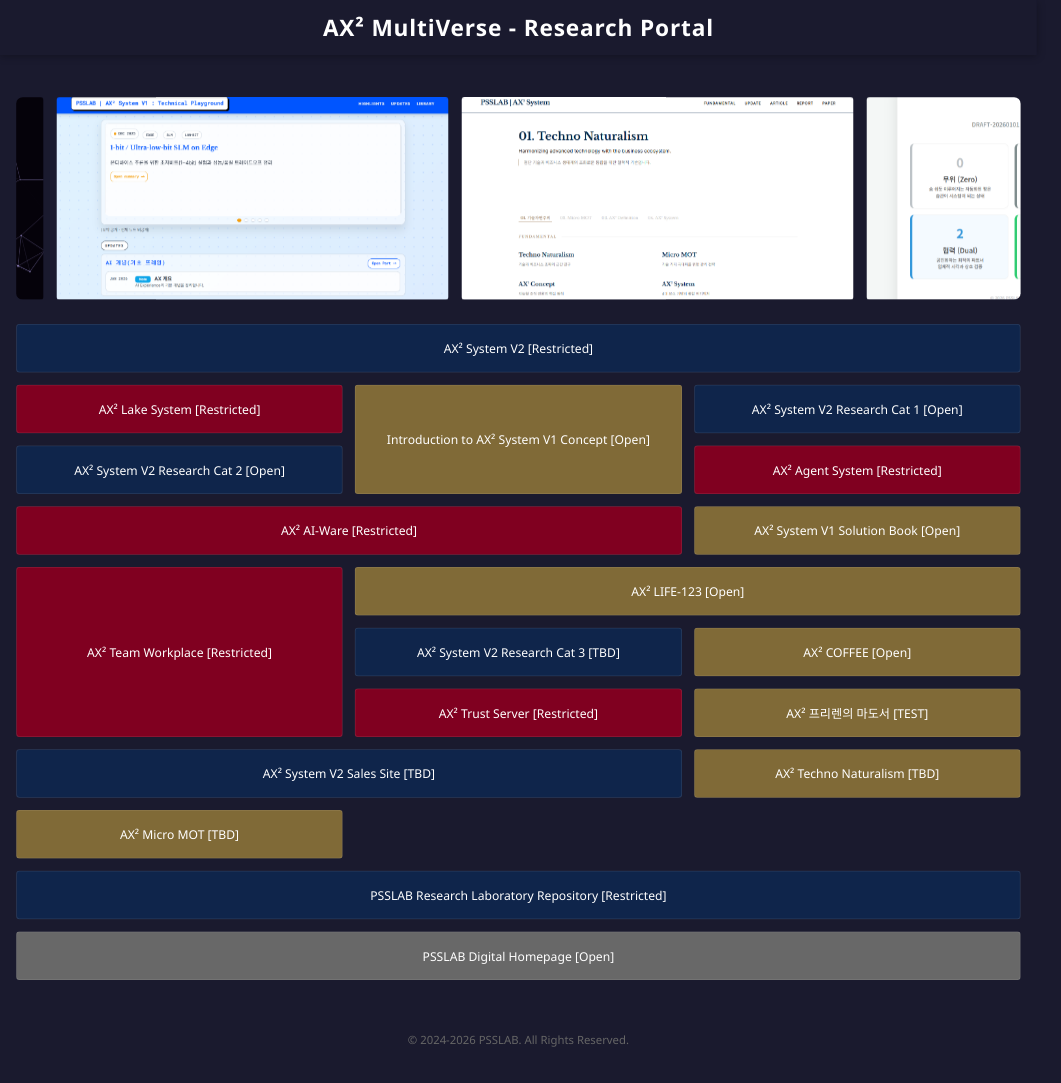
Repository: hycse89/PSSLAB_OpenSite
Page: psslab_multiverse_v3.html
The author's editor kept a copy of each file at every save. The page is drawn from the files as they stood at one save, then again after a run of saves.
The browser window is 1280 px wide. The page is 1310 px wide, so the pictures cover 1310 px, including what lies to the right of the window. The pictures show the whole page, at 81% of full size.

Above is the page before, as saved 2026-01-11 21:34:31.

After the next 2 saves:
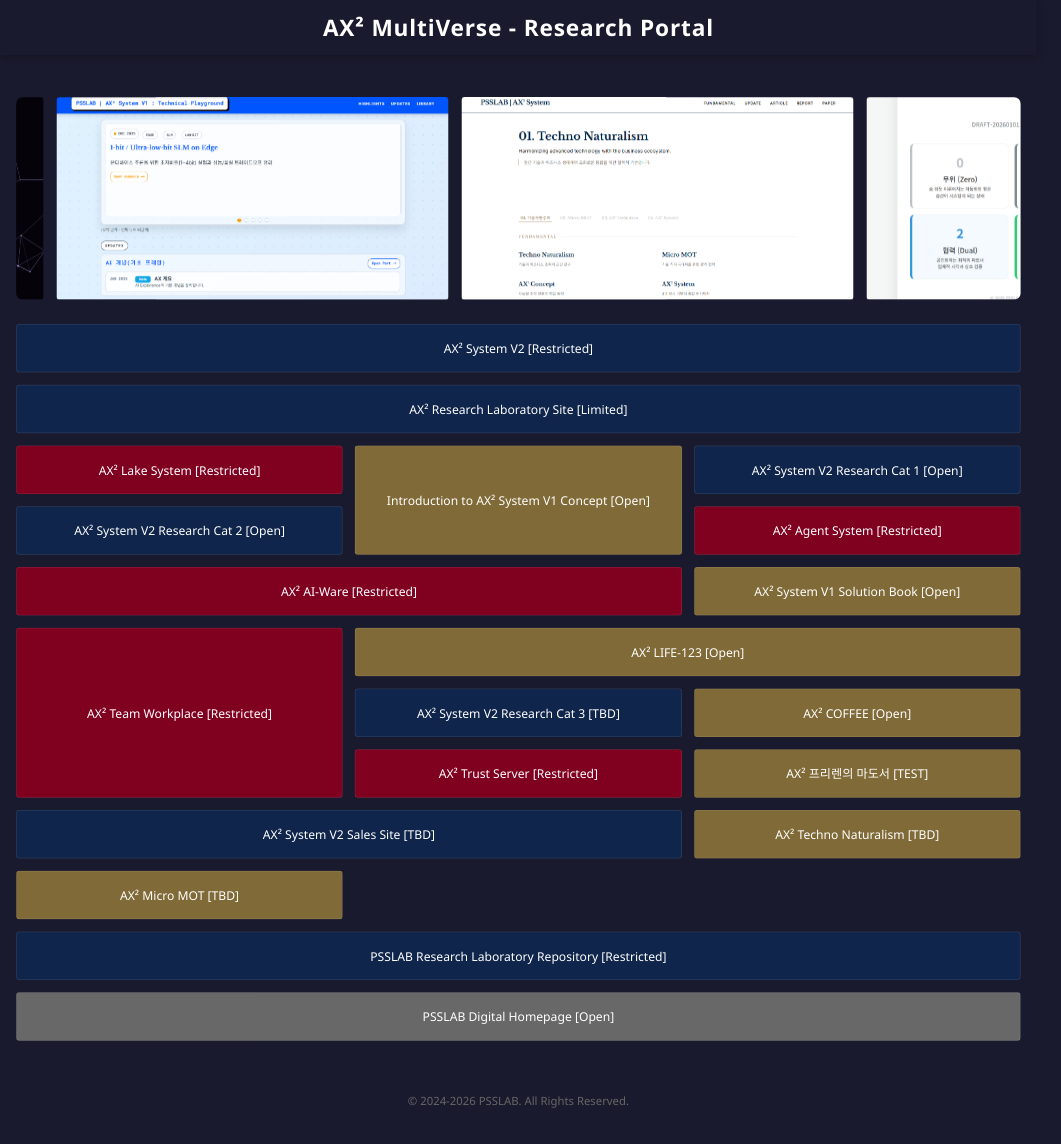
The 2 saves are shown as one change because they came seconds apart.
The last was saved 7 s later.
--- a/psslab_multiverse_v3.html
+++ b/psslab_multiverse_v3.html
@@ -186,6 +186,7 @@
         <div class="link-container">
             <a href="http://localhost:8008" class="link-button color-1 w-3 h-1">AX² System V2 [Restricted]</a>
 
+            <a href="https://hycse89.github.io/PSSLAB_OpenSite/ax2_research_lab/" class="link-button color-1 w-3 h-1">AX² Research Laboratory Site [Limited]</a>
 
             <a href="http://localhost:8004" class="link-button color-2 h-1">AX² Lake System [Restricted]</a>
 
